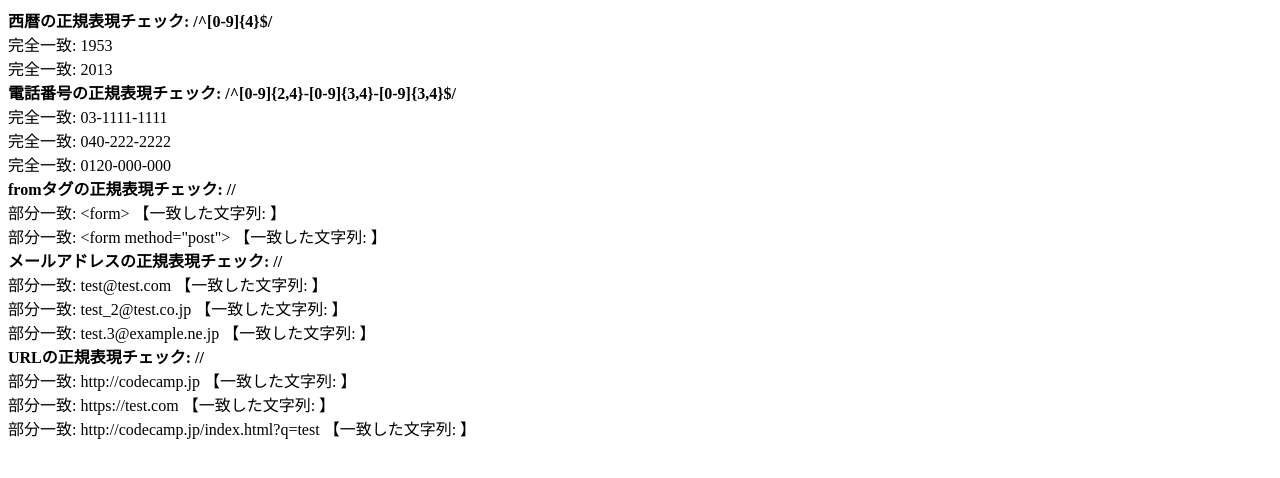
Repository: kawahito05-work/dc_work_nakano_kawahito_php
Page: http://localhost/htdocs/php17/challenge_preg_match.php
The author's editor kept a record of every edit. The page is drawn from the files as they stood at one moment, then again after the next edit.
The browser window is 1280 px wide. The pictures show the whole page.
The page is run by PHP 8.4 with error messages shown; the project is at /var/www/html/.

Above is the page before.

### htdocs/php17/challenge_preg_match.php
<?php
// 西暦
$regexp_year   = '/^[0-9]{4}$/'; // 西暦の正規表現を入力
$check_year[0] = '1953';
$check_year[1] = '2013';
// 電話番号
$regexp_phone_number   = '/^[0-9]{2,4}-[0-9]{3,4}-[0-9]{3,4}$/'; // 電話番号の正規表現を入力
$check_phone_number[0] = '03-1111-1111';
$check_phone_number[1] = '040-222-2222';
$check_phone_number[2] = '0120-000-000';
// formタグ
$regexp_form   = '//'; // formの正規表現を入力
$check_form[0] = '<form>';
$check_form[1] = '<form method="post">';
// メールアドレス
$regexp_mail   = '//'; // メールアドレスの正規表現を入力
$check_mail[0] = 'test@test.com';
$check_mail[1] = 'test_2@test.co.jp';
$check_mail[2] = 'test.3@example.ne.jp';
// URL
$regexp_url   = '//'; // URLの正規表現を入力
$check_url[0] = 'http://codecamp.jp';
$check_url[1] = 'https://test.com';
$check_url[2] = 'http://codecamp.jp/index.html?q=test';
////////////////////////////////////////////////////////
// これ以降の処理はソースコード変更を行わないようにしてください。
////////////////////////////////////////////////////////
$reslut_check_phone_number = check_regexp($regexp_phone_number, $check_phone_number);
$reslut_check_form      = check_regexp($regexp_form, $check_form);
$reslut_check_mail      = check_regexp($regexp_mail, $check_mail);
$reslut_check_year      = check_regexp($regexp_year, $check_year);
$reslut_check_url       = check_regexp($regexp_url, $check_url);
function check_regexp($regexp, $str_data) {
   $msg = [];
   foreach ($str_data as $value) {
       if (preg_match($regexp, $value, $macthes) === 1) {
           if ($value === $macthes[0]) {
               $msg[] =  '完全一致: ' . $value;
           } else {
               $msg[] =  '部分一致: ' . $value . ' 【一致した文字列: ' . $macthes[0] . '】';
           }
       } else {
           $msg[] = '不一致: ' . $value;
       }
   }
   return $msg;
}
?>
<!DOCTYPE html>
<html lang="ja">
<head>
   <meta charset="UTF-8">
   <title>正規表現課題</title>
   <style type="text/css">
       h1 {
           font-size: 16px;
       }
       h1, p {
           margin: 0px;
       }
   </style>
</head>
<body>
   <section>
       <h1>西暦の正規表現チェック: <?php print htmlspecialchars($regexp_year, ENT_QUOTES, 'UTF-8'); ?></h1>
<?php foreach ($reslut_check_year as $value) { ?>
       <p><?php print htmlspecialchars($value, ENT_QUOTES, 'UTF-8'); ?></p>
<?php } ?>
   </section>
   <section>
       <h1>電話番号の正規表現チェック: <?php print htmlspecialchars($regexp_phone_number, ENT_QUOTES, 'UTF-8'); ?></h1>
<?php foreach ($reslut_check_phone_number as $value) { ?>
       <p><?php print htmlspecialchars($value, ENT_QUOTES, 'UTF-8'); ?></p>
<?php } ?>
   </section>
   <section>
       <h1>fromタグの正規表現チェック: <?php print htmlspecialchars($regexp_form, ENT_QUOTES, 'UTF-8'); ?></h1>
<?php foreach ($reslut_check_form as $value) { ?>
       <p><?php print htmlspecialchars($value, ENT_QUOTES, 'UTF-8'); ?></p>
<?php } ?>
   </section>
   <section>
       <h1>メールアドレスの正規表現チェック: <?php print htmlspecialchars($regexp_mail, ENT_QUOTES, 'UTF-8'); ?></h1>
<?php foreach ($reslut_check_mail as $value) { ?>
       <p><?php print htmlspecialchars($value, ENT_QUOTES, 'UTF-8'); ?></p>
<?php } ?>
   </section>
   <section>
       <h1>URLの正規表現チェック: <?php print htmlspecialchars($regexp_url, ENT_QUOTES, 'UTF-8'); ?></h1>
<?php foreach ($reslut_check_url as $value) { ?>
       <p><?php print htmlspecialchars($value, ENT_QUOTES, 'UTF-8'); ?></p>
<?php } ?>
   </section>
</body>
</html>

After the next edit:
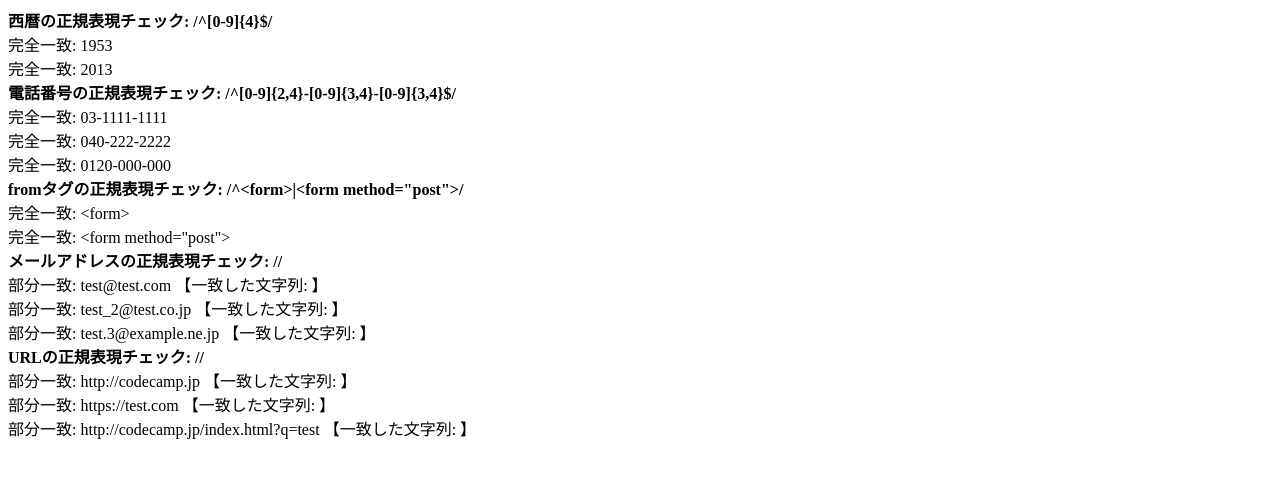
The edit:
--- a/htdocs/php17/challenge_preg_match.php
+++ b/htdocs/php17/challenge_preg_match.php
@@ -9,7 +9,7 @@
 $check_phone_number[1] = '040-222-2222';
 $check_phone_number[2] = '0120-000-000';
 // formタグ
-$regexp_form   = '//'; // formの正規表現を入力
+$regexp_form   = '/^<form>|<form method="post">/'; // formの正規表現を入力
 $check_form[0] = '<form>';
 $check_form[1] = '<form method="post">';
 // メールアドレス
